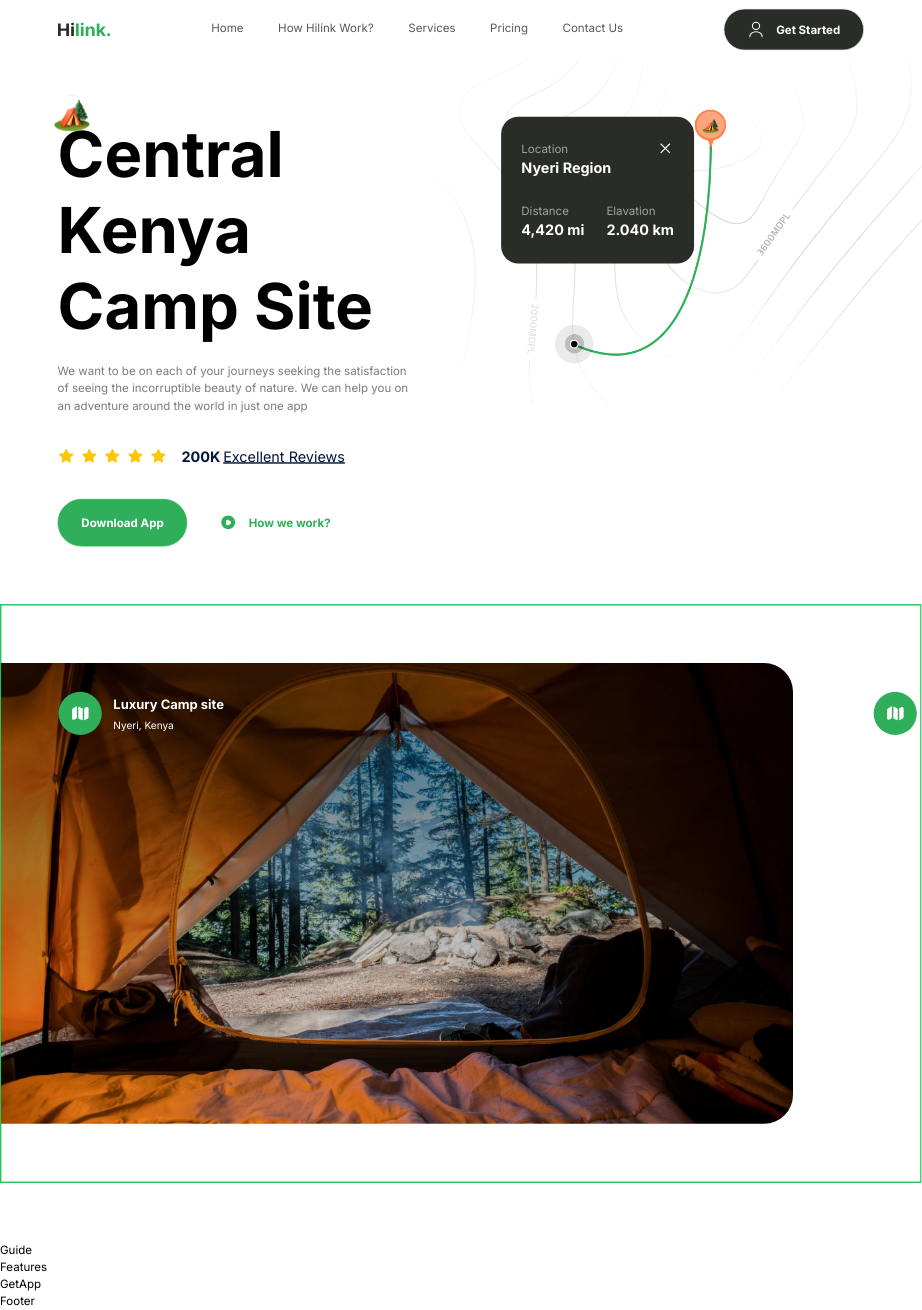
Repository: martin-raphael/travel_agency
Page: /
An editor plug-in stored every save of this project. The page is shown before and after the next save, followed by the edit.
The browser window is 1280 px wide. The pictures show the whole page, at 72% of full size.
The project was rebuilt for these pictures with package versions that can differ from the ones it lists, and the page was loaded fresh each time. The framework's server and built-in components were replaced by stand-ins that run in the browser. Also part of the build but not shown: next.config.mjs.

Above is the page before, as saved 2024-08-08 19:40:15.

### app/layout.tsx
import type { Metadata } from "next";
import Navbar from "@/components/Navbar";
import Footer from "@/components/Footer";
import "./globals.css";

export const metadata: Metadata = {
  title: "Travel App",
  description: "Beauty of Nature",
};

export default function RootLayout({
  children,
}: Readonly<{
  children: React.ReactNode;
}>) {
  return (
    <html lang="en">
      <body>
        <Navbar />
        <main className="relative overflow-hidden">{children}</main>
        <Footer />
      </body>
    </html>
  );
}

### components/Navbar.tsx
import { NAV_LINKS } from "@/constants";
import Image from "next/image";
import Link from "next/link";
import React from "react";
import Button from "./Button";

const Navbar = () => {
  return (
    <nav className=" flexBetween max-container padding-container relative z-30 py-3">
      <Link href="/">
        <Image src="/hilink-logo.svg" alt="logo" width={74} height={29} />
      </Link>
      <ul className="hidden h-full gap-12 lg:flex">
        {NAV_LINKS.map((link) => (
          <Link
            href={link.href}
            key={link.key}
            className="regular-16 text-gray-50 flexCenter cursor-pointer pb-1.5 transition-all hover:font-bold"
          >
            {link.label}
          </Link>
        ))}
      </ul>

      <div className=" lg:flexCenter hidden">
        <Button
          type="button"
          title="Get Started"
          icon="/user.svg"
          variant="btn_dark_green"
        />
      </div>
      <Image
        src="menu.svg"
        alt="menu"
        width={32}
        height={32}
        className="inline-block cursor-pointer lg:hidden"
      />
    </nav>
  );
};

export default Navbar;

### components/Camp.tsx
import Image from 'next/image'
import React from 'react'
interface CampProps{
  backgroundImage: string,
  title: string,
  subtitle: string,
  peopleJoined: string,
}

const CampSite = ({backgroundImage, title,subtitle,peopleJoined}: CampProps) =>{
  return <div className={`h-full w-full min-w-[1100px] ${backgroundImage}
  bg-cover bg-no-repeat lg:rounded-r-5xl 2xl:rounded-5xl`}>
    <div className='flex h-full flex-col items-start justify-between p-6 lg:px-20 lg:py-10' >
      <div className='flexCenter gap-4'>
        <div className='rounded-full bg-green-50 p-4'>
          <Image
          src="/folded-map.svg"
          alt='map' width={28} height={28}/>
        </div>
        <div className='flex flex-col gap-1'>
          <h4 className='bold-18 text-white'> {title}</h4>
          <p className='regular-14 text-white'> {subtitle}</p>
        </div>
      </div>
      </div>
    </div>
}

const Camp = () => {
  return (
    <section className='border-2 border-green-500 2xl:max-container
    relative flex flex-col py-10 lg:mb-10 lg:py-20 xl:mb-20'>
      <div className='hide-scrollbar flex h-[340px] w-full items-start
      justify-start gap-8 overflow-x-auto lg:h-[400px] xl:h-[640px]'>
        <CampSite
        backgroundImage ="bg-bg-img-1"
        title="Luxury Camp site"
        subtitle="Nyeri, Kenya"
        peopleJoined="300+ joined"
               />
        <CampSite/>
      </div>

    </section>
  )
}

export default Camp

### components/Hero.tsx
import Image from "next/image";
import React from "react";
import Button from "./Button";

const Hero = () => {
  return (
    <section
      className=" max-container padding-container flex
    flex-col gap-20 lg:py-20 py-10 pb-32 md:gap-28 xl:flex-row
    "
    >
      <div className="hero-map" />

      {/* LEFT SIDE-*/}

      <div className="relative z-20 flex flex-1 flex-col xl:w-1/2">
        <Image
          src="/camp.svg"
          alt="camp"
          width={50}
          height={50}
          className="absolute left-[-5px] top-[-30px] w-10 lg:w-[50px]"
        />
        <h1 className="bold-52 lg:bold-88"> Central Kenya Camp Site</h1>
        <p className="regular-16 mt-6 text-gray-30 xl:max-w-[520px]">
          We want to be on each of your journeys seeking the satisfaction of
          seeing the incorruptible beauty of nature. We can help you on an
          adventure around the world in just one app
        </p>

        <div className="my-11 flex flex-wrap gap-5">
          <div className="flex items-center gap-2">
            {Array(5)
              .fill(1)
              .map((_, index) => (
                <Image
                  src="/star.svg"
                  alt="Ratings"
                  key={index}
                  width={24}
                  height={24}
                />
              ))}
          </div>
          <p className="bold-16 lg:bold-20 text-blue-70">
            200K
            <span className="regular-16 lg:regular-20 ml-1 underline">
              Excellent Reviews
            </span>
          </p>
        </div>
        <div className="flex flex-col w-full gap-3 sm:flex-row">
          <Button type="button" title="Download App" variant="btn_green" />

          <Button
            type="button"
            title="How we work? "
            icon="/play.svg"
            variant="btn_white"
          />
        </div>
      </div>

      <div className="relative flex flex-1 items-start">
        <div className="relative z-20  w-[268px] flex flex-col gap-8 rounded-3xl bg-green-90 px-7 py-8">
          <div className="flex flex-col">
            <div className="flexBetween">
              <p className="regular-16 text-gray-20">Location</p>
              <Image src="/close.svg" alt="close" width={24} height={24} />
            </div>
            <p className="bold-20 text-white"> Nyeri Region</p>
          </div>
            <div className="flexBetween">
              <div className="flex flex-col">
                <p className="regular-16 block text-gray-20">Distance</p>
                <p className="bold-20 text-white"> 4,420 mi</p>
              </div>
              <div className="flex flex-col">
                <p className="regular-16 block text-gray-20">Elavation</p>
                <p className="bold-20 text-white"> 2.040 km</p>
              </div>
            </div>
          </div>
        </div>

    </section>
  );
};

export default Hero;

### components/Button.tsx
import Image from "next/image";

type ButtonProps = {
  type: "button" | "submit";
  title: string;
  icon?: string;
  variant?: string;
  full?:boolean;
};

const Button = ({ type, title, icon, variant, full }: ButtonProps) => {
  return (
    <button
      className={`flexCenter gap-4 rounded-full border ${variant} ${full && 'w-full'}`}
      type={type}
    >
      {icon && <Image src={icon} alt={title} width={24} height={24} />}
      <label className=" bold-16 whitespace-nowrap cursor-pointer">{title}</label>
    </button>
  );
};

export default Button;

Loaded but not shown: app/page.tsx (common file); components/Footer.tsx (common file); app/globals.css (common file); components/Features.tsx (common file); components/GetApp.tsx (common file); components/Guide.tsx (common file); constants/index.ts (common file); tailwind.config.ts (common file)

After the next save:
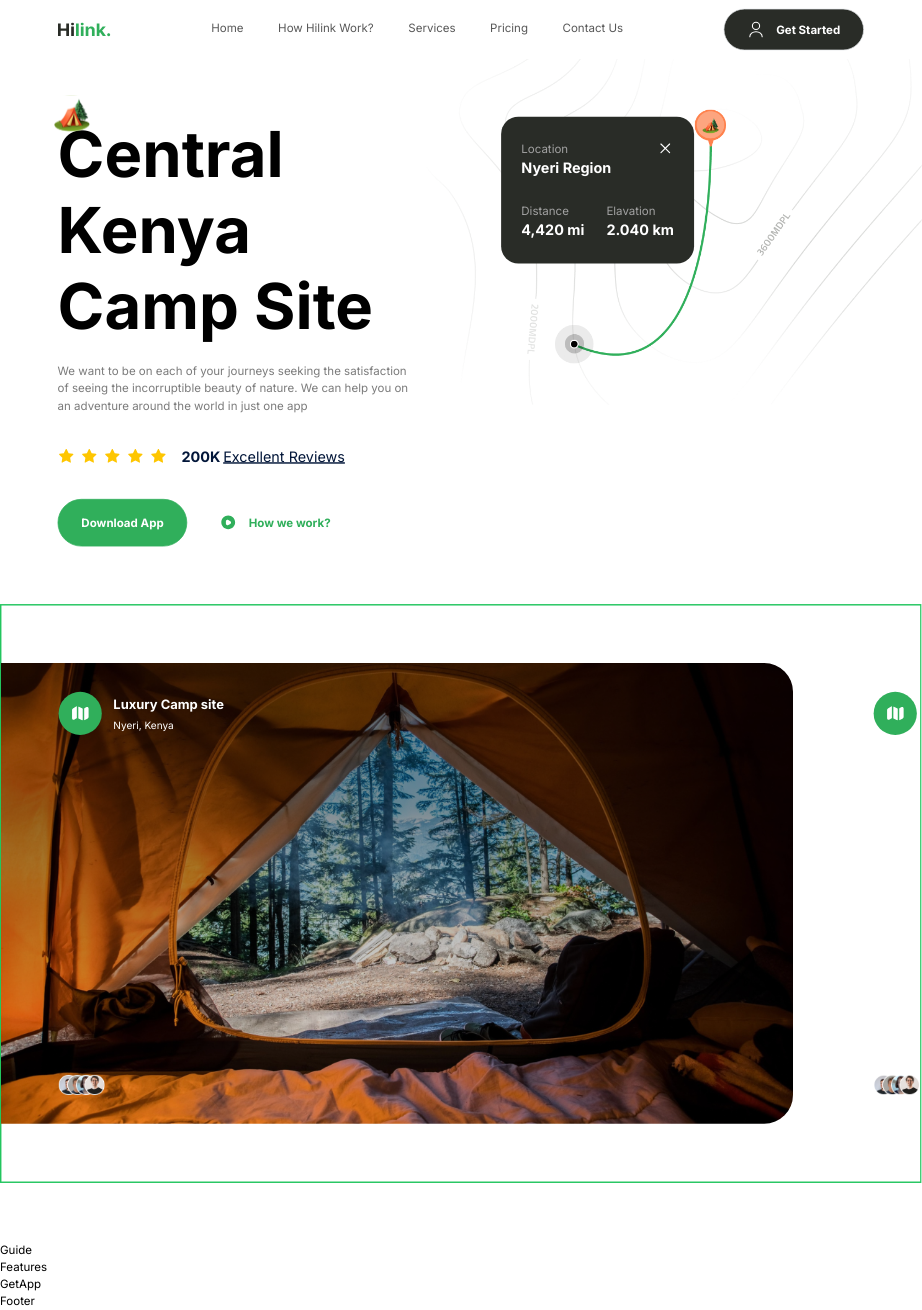
Saved 4 min 59 s later.
--- a/components/Camp.tsx
+++ b/components/Camp.tsx
@@ -1,3 +1,4 @@
+import { PEOPLE_URL } from '@/constants'
 import Image from 'next/image'
 import React from 'react'
 interface CampProps{
@@ -21,6 +22,14 @@ const CampSite = ({backgroundImage, title,subtitle,peopleJoined}: CampProps) =>{
           <h4 className='bold-18 text-white'> {title}</h4>
           <p className='regular-14 text-white'> {subtitle}</p>
         </div>
+      </div>
+
+      <div className='flexCenter gap-6 '>
+        <span className='flex -space-x-4 overflow-hidden'>
+          {PEOPLE_URL.map((url)=>(
+            <Image src={url} key={url} alt='people' width={28} height={28}/>
+          ))}
+        </span>
       </div>
       </div>
     </div>
